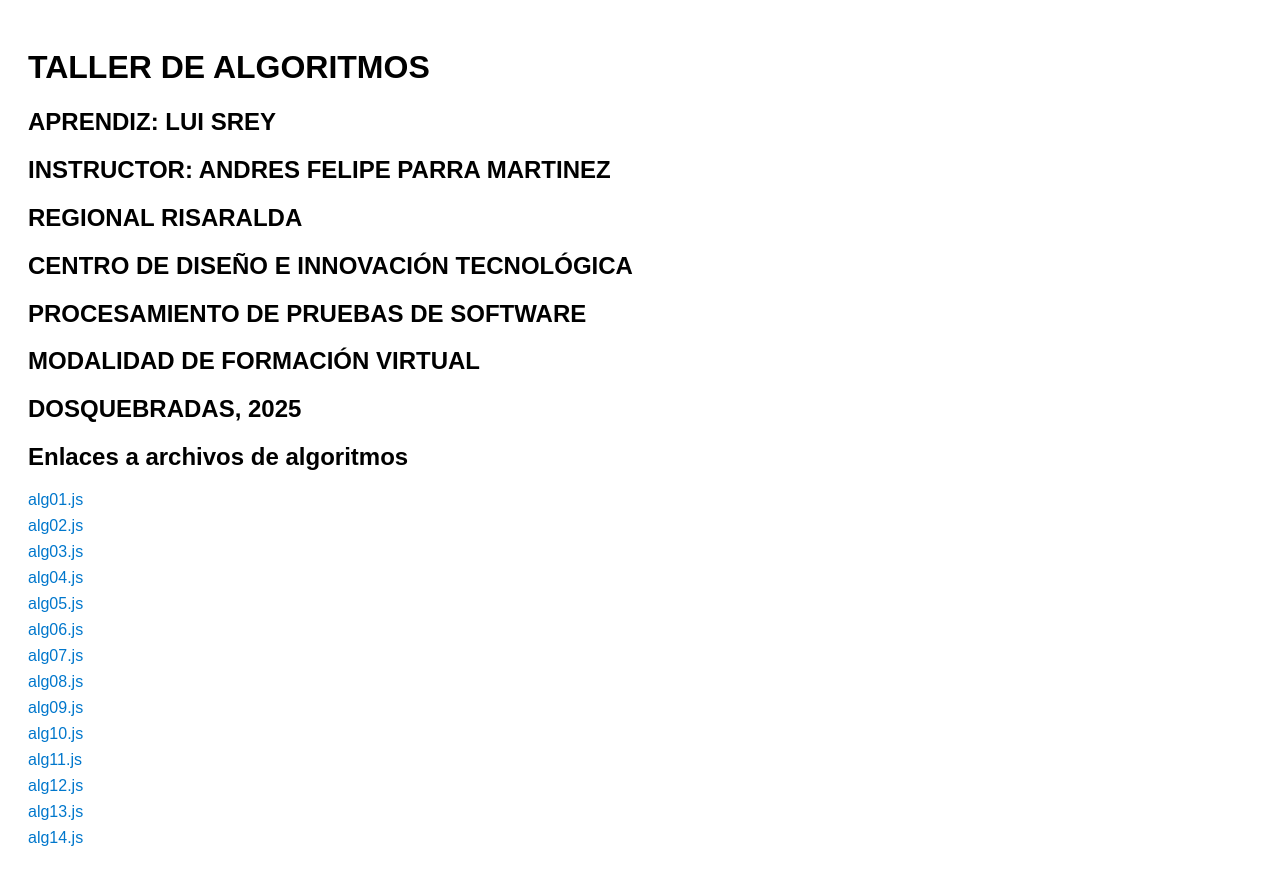
Repository: rlhardrock/SENATallerAlgoritmos01
Page: algoritmo.html
An editor plug-in stored every save of this project. The page is shown before and after a run of saves, followed by the edit.
The browser window is 1280 px wide. The pictures show the whole page.

Above is the page before, as saved 2025-04-23 16:16:39.

### algoritmo.html
<!DOCTYPE html>
<html lang="es">
<head>
  <meta charset="UTF-8">
  <title>Portada y Enlaces a Algoritmos</title>
  <style>
    body {
      font-family: Arial, sans-serif;
      padding: 20px;
    }
    ul {
      list-style: none;
      padding-left: 0;
    }
    li {
      margin: 8px 0;
    }
    a {
      text-decoration: none;
      color: #0077cc;
    }
    a:hover {
      text-decoration: underline;
    }
  </style>
</head>
<body>

  <h1>TALLER DE ALGORITMOS</h1>
  <div>
    <h2></h2>
    <h2>APRENDIZ: LUI SREY</h2>
    <h2>INSTRUCTOR: ANDRES FELIPE PARRA MARTINEZ</h2>
    <h2></h2>
    <h2>REGIONAL RISARALDA</h2>
    <h2>CENTRO DE DISEÑO E INNOVACIÓN TECNOLÓGICA</h2>
    <h2>PROCESAMIENTO DE PRUEBAS DE SOFTWARE</h2>
    <h2>MODALIDAD DE FORMACIÓN VIRTUAL</h2>
    <h2>DOSQUEBRADAS, 2025</h2>
  </div>

  <h2>Enlaces a archivos de algoritmos</h2>
  <ul>
    <li><a href="alg01.js">alg01.js</a></li>
    <li><a href="alg02.js">alg02.js</a></li>
    <li><a href="alg03.js">alg03.js</a></li>
    <li><a href="alg04.js">alg04.js</a></li>
    <li><a href="alg05.js">alg05.js</a></li>
    <li><a href="alg06.js">alg06.js</a></li>
    <li><a href="alg07.js">alg07.js</a></li>
    <li><a href="alg08.js">alg08.js</a></li>
    <li><a href="alg09.js">alg09.js</a></li>
    <li><a href="alg10.js">alg10.js</a></li>
    <li><a href="alg11.js">alg11.js</a></li>
    <li><a href="alg12.js">alg12.js</a></li>
    <li><a href="alg13.js">alg13.js</a></li>
    <li><a href="alg14.js">alg14.js</a></li>
  </ul>

</body>
</html>

After the next 2 saves:
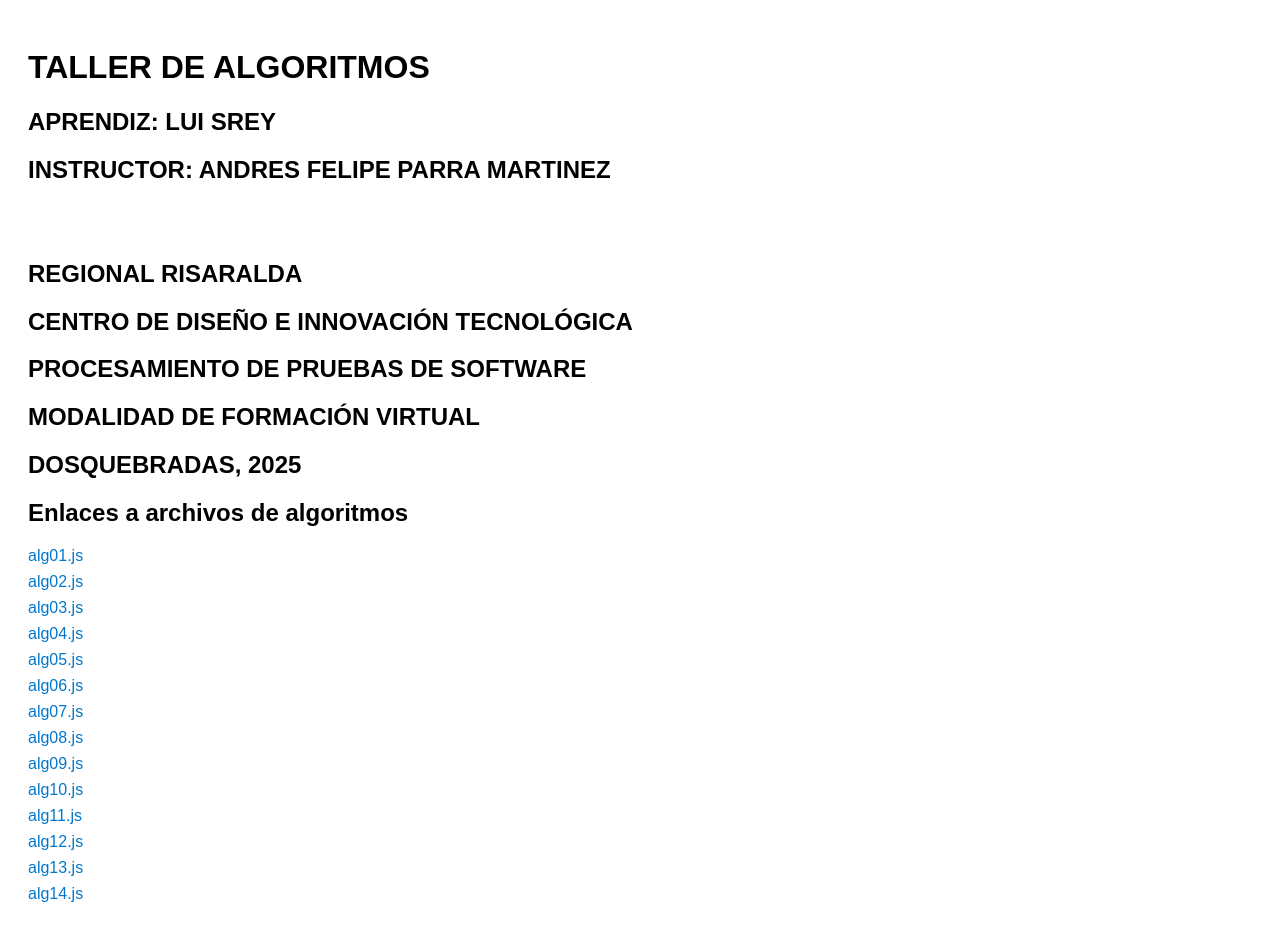
The 2 saves are shown as one change because they came seconds apart.
The last was saved 14 s later.
--- a/algoritmo.html
+++ b/algoritmo.html
@@ -31,7 +31,7 @@
     <h2></h2>
     <h2>APRENDIZ: LUI SREY</h2>
     <h2>INSTRUCTOR: ANDRES FELIPE PARRA MARTINEZ</h2>
-    <h2></h2>
+    <br></br>
     <h2>REGIONAL RISARALDA</h2>
     <h2>CENTRO DE DISEÑO E INNOVACIÓN TECNOLÓGICA</h2>
     <h2>PROCESAMIENTO DE PRUEBAS DE SOFTWARE</h2>
